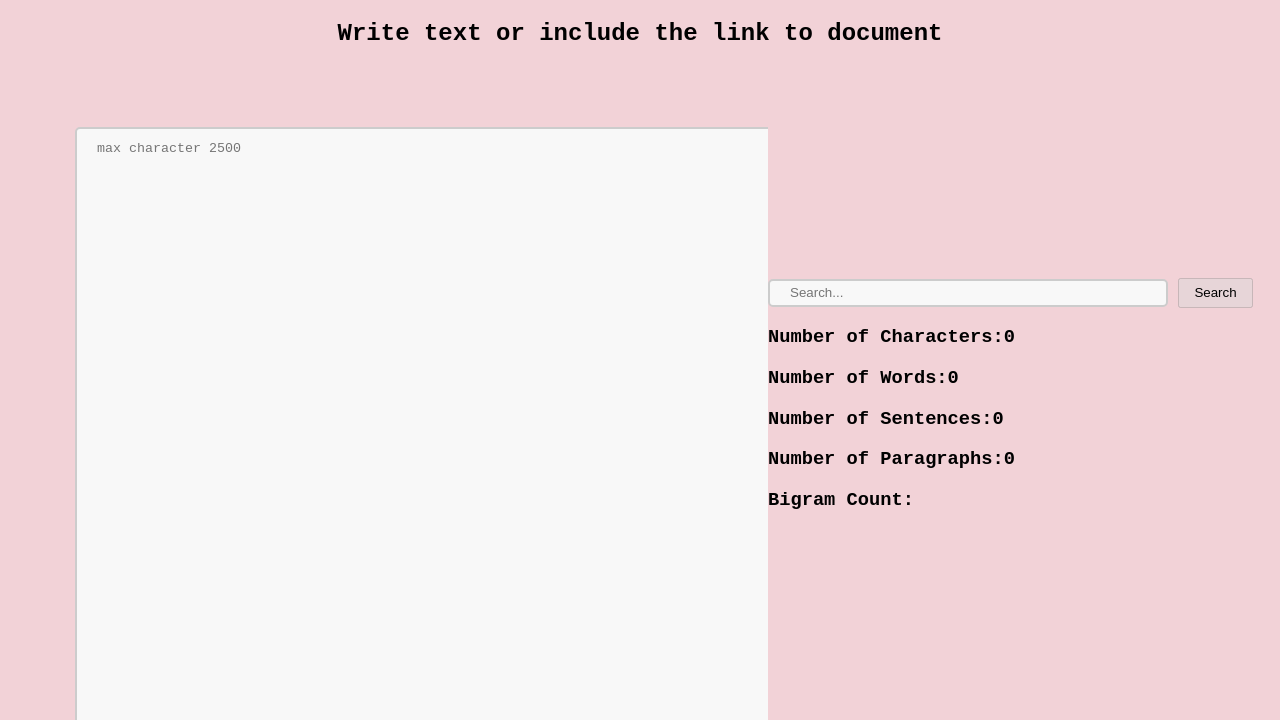
Repository: zitac234/TTPProject
Page: /
These files come from the project's save history. The page is drawn as it stood at one moment and after a run of saves; the edit follows.
The browser window is 1280 px wide. The pictures show the whole page.
The project was rebuilt for these pictures with package versions that can differ from the ones it lists, and the page was loaded fresh each time. Also part of the build but not shown: webpack.config.js.

Above is the page before, as saved 2021-06-21 06:02:56.

### public/index.html
<!DOCTYPE html>
<html lang="en">
<head>
      <meta charset="UTF-8">
      <meta http-equiv="X-UA-Compatible" content="IE=edge">
      <meta name="viewport" content="width=device-width, initial-scale=1.0">
      <script src="/bundle.js" defer></script>
      <title>Google Word Count</title>
      <link rel="stylesheet" href="/style.css" />
</head>
<body>
      <div id="app"></div>
</body>
</html>

### client/index.js
import React from 'react';
// import Form from './Form'
import CreateForm from './CreateForm'
import ReactDOM from 'react-dom';

ReactDOM.render(
  // <Form/>,
  <CreateForm/>,
  document.getElementById('app')
)

### client/CreateForm.js
import React, { useEffect, useState } from 'react'
import Form  from './Form'

export default function CreateForm (props) {
      const [text, setText] = useState('')
      const [search, setSearch] = useState('')
      let [counted, numberOfCharacter] = [0,0]
      function handleChange(evt){
            if(evt.target.name === 'text') setText(evt.target.value)
            else setSearch(evt.target.value)
      }
      function handleSubmit(evt){
            evt.preventDefault()
      }
      useEffect(()=>{
            document.getElementById('btn').addEventListener('click', ()=>{
                  let SearchArray = counts(text, ' ')[1].filter(word => word === search)
                  let searchWord = (SearchArray)? `There are ${SearchArray.length} ${search}.`:`There is no ${search}.`
                  document.getElementById('result').innerHTML = searchWord
            })
      })
      return(
            <Form
                  text={text}
                  search={search}
                  handleChange={handleChange}
                  handleSubmit={handleSubmit}
                  numberOfCharacter = {countCharacters}
                  counted = {counts}
            />
      )
}
const counts = (str,demilter)=>{
      let textSplit = str.split(demilter)
      let strArray = textSplit.filter(s => s && s.trim())
      return [strArray.length, strArray]
}
const countCharacters = (str)=>{
      let textSplit = str.split('')
      let characterArray = textSplit.filter(character => character)
      return characterArray.length
}

### client/Form.js
import React from 'react'

export default function Form(props){
      let numberOfSentence =( props.counted(props.text,   /[!\.\?]/) || 0)
      let numberOfWord = (props.counted(props.text,   ' ') || 0)
      let  numberOfParagraph= (props.counted(props.text,  /\r?\n/) || 0)
      return (
            <div>
                  <h2 id = 'paragraph'>Write text or include the link to document</h2>
                  <div className = 'split left'>
                        <div  className = 'centered'>
                              <p  id = 'line'><textarea  name= 'text'   onChange={props.handleChange} id = 'textarea'  placeholder = 'max character 2500' maxLength='2500'></textarea></p>
                        </div>
                  </div>
                  <div className = 'split right'>
                        <div className = 'centered'>
                              <form  onSubmit={props.handleSubmit} >
                                    <input  name="search"  onChange={props.handleChange} type="text" placeholder = 'Search...'/>
                                    <button  id =  'btn'  type='submit' disabled={!props.search} >Search</button>
                              </form>
                              <h3 id = 'result'></h3>
                              <h3>Number of Characters:{props.numberOfCharacter(props.text)}</h3>
                              <h3>Number of Words:{numberOfWord[0]}</h3>
                              <h3>Number of Sentences:{numberOfSentence[0]}</h3>
                               <h3>Number of Paragraphs:{numberOfParagraph[0]}</h3>
                              <h3>Bigram  Count:</h3>
                        </div>
                  </div>
            </div>
      )
}

### public/style.css
body{
      font-family: 'Courier New', Courier, monospace;
      background-color: rgb(242, 210, 215);

}
.split{
      height: 100%;
      position: fixed;
      z-index: 1;
      top: 0;
      overflow-x: hidden;
      overflow-y: hidden
}
#line{
      border-right: 2px solid black;
      padding: 75px;
}
.left{
      left:0;
      width: 60%;
}
.right{
      right:0%;
      width: 40%;
}
.centered {
      position: absolute;
      top: 5%;
}
textarea {
      width: 700px;
      height: 650px;
      left: 5%;
}
input{
      margin-top: 50%;
      width: 400px;
      height:25px;
}
input, textarea{
      padding: 12px 20px;
      box-sizing: border-box;
      border: 2px solid #ccc;
      border-radius: 5px;
      background-color: #f8f8f8;
      resize: none;
}
button{
      color:black;
      background-color: ;
      width:75px;
      height: 30px;
      margin-left: 10px;
}
#paragraph{
      text-align: center;
}

After the next 2 saves:
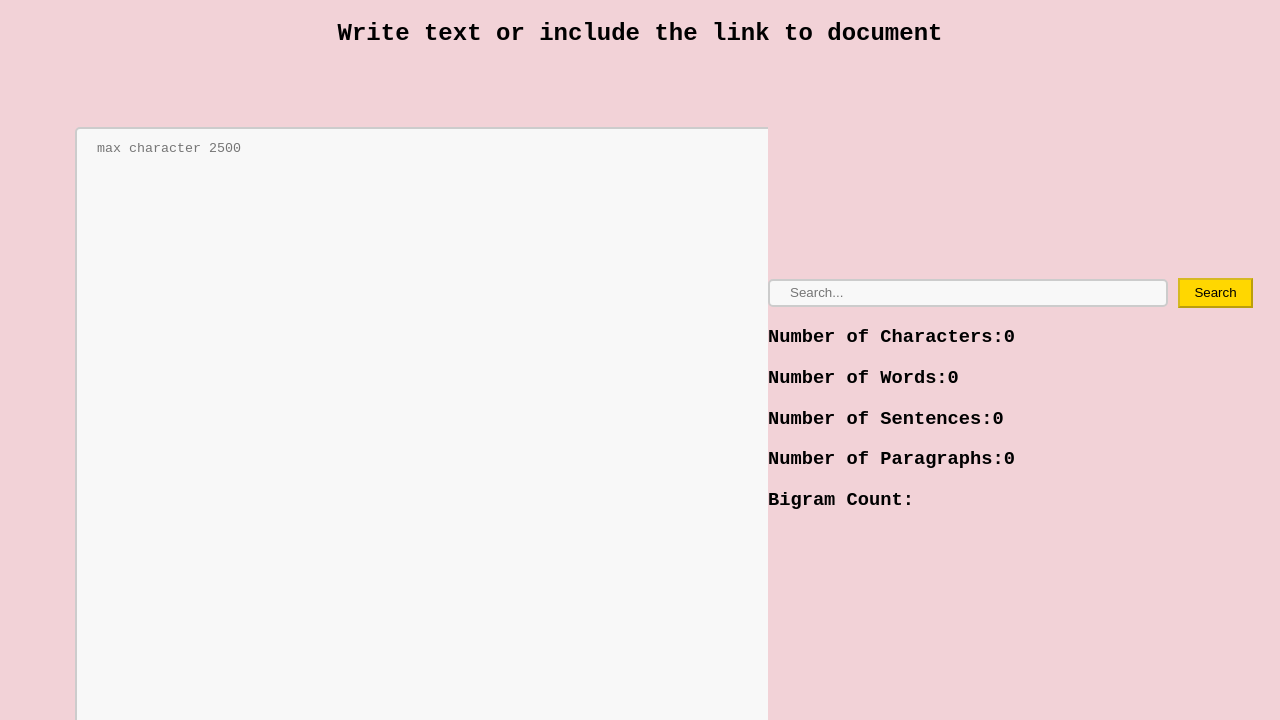
The 2 saves are shown as one change because they came seconds apart.
The last was saved 13 s later.
--- a/public/style.css
+++ b/public/style.css
@@ -47,7 +47,7 @@ input, textarea{
 }
 button{
       color:black;
-      background-color: ;
+      background-color: gold;
       width:75px;
       height: 30px;
       margin-left: 10px;
